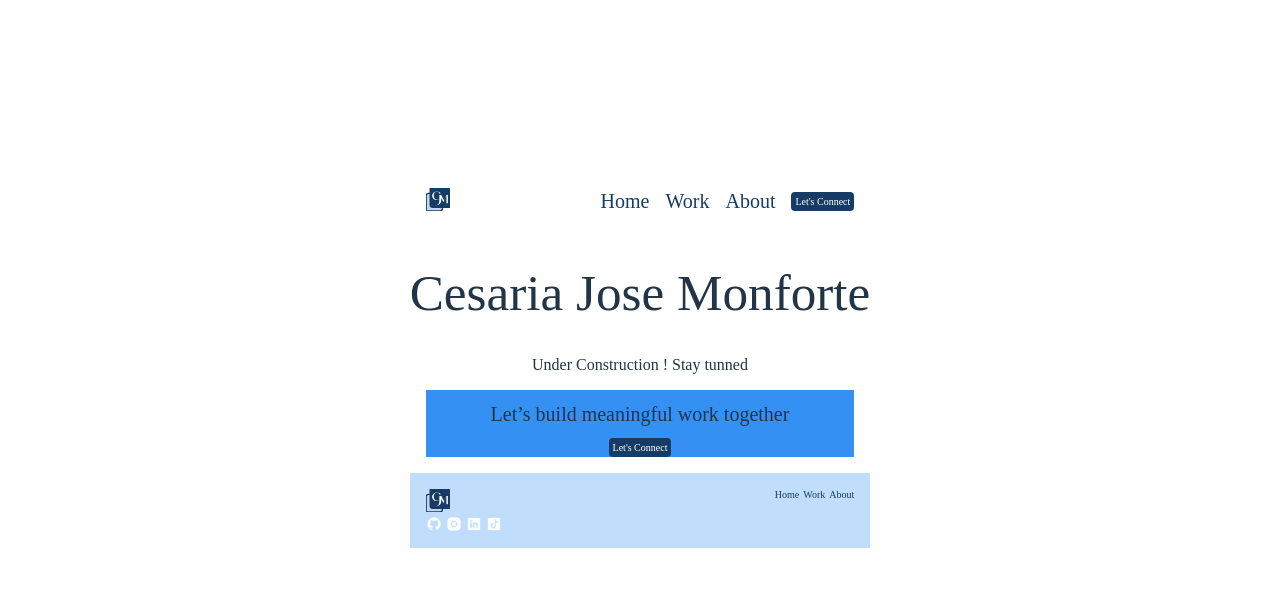
Repository: CesariaMonforte/cesariamonforte
Page: /
The author's editor kept a copy of each file at every save. The page is drawn from the files as they stood at one save, then again after the next save.
The browser window is 1280 px wide. The pictures show the whole page.
The project was rebuilt for these pictures with package versions that can differ from the ones it lists, and the page was loaded fresh each time. Also part of the build but not shown: vite.config.js.

Above is the page before, as saved 2026-01-25 14:27:57.

After the next save:
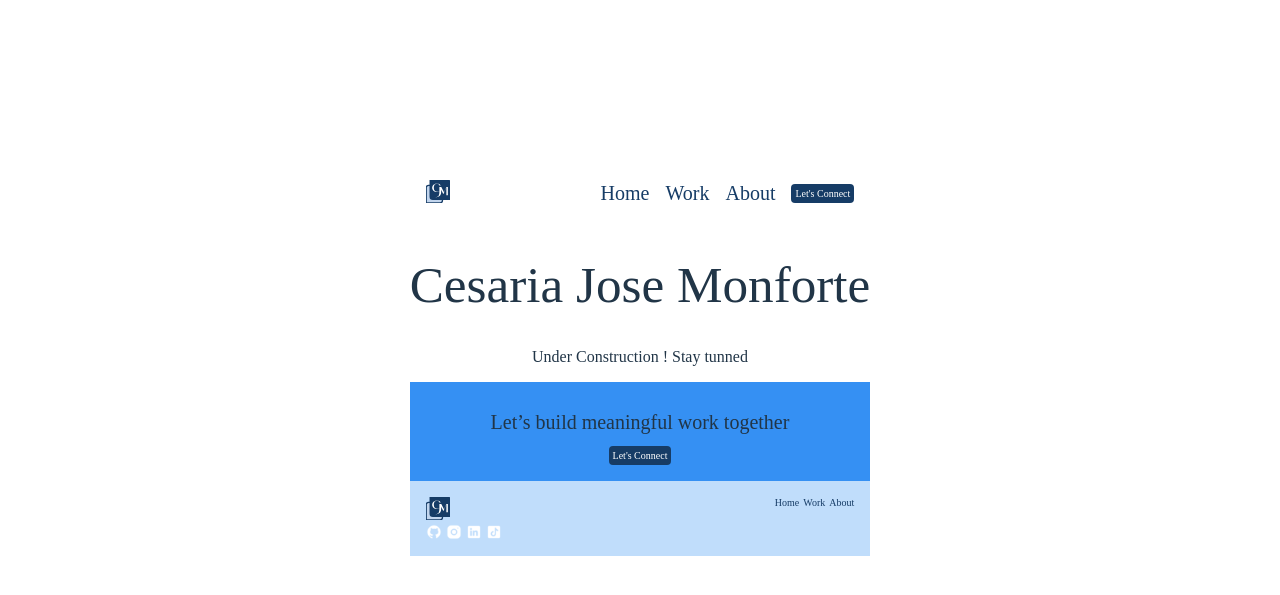
Saved 7 s later.
--- a/src/_ui/ConnectBanner/ConnectBanner.module.css
+++ b/src/_ui/ConnectBanner/ConnectBanner.module.css
@@ -3,7 +3,7 @@
     flex-direction: column;
     align-items: center;
     background-color: var(--primary-500);
-    margin: var(--space-regular);
+    padding: var(--space-regular);
 }
 
 .banner_text {
